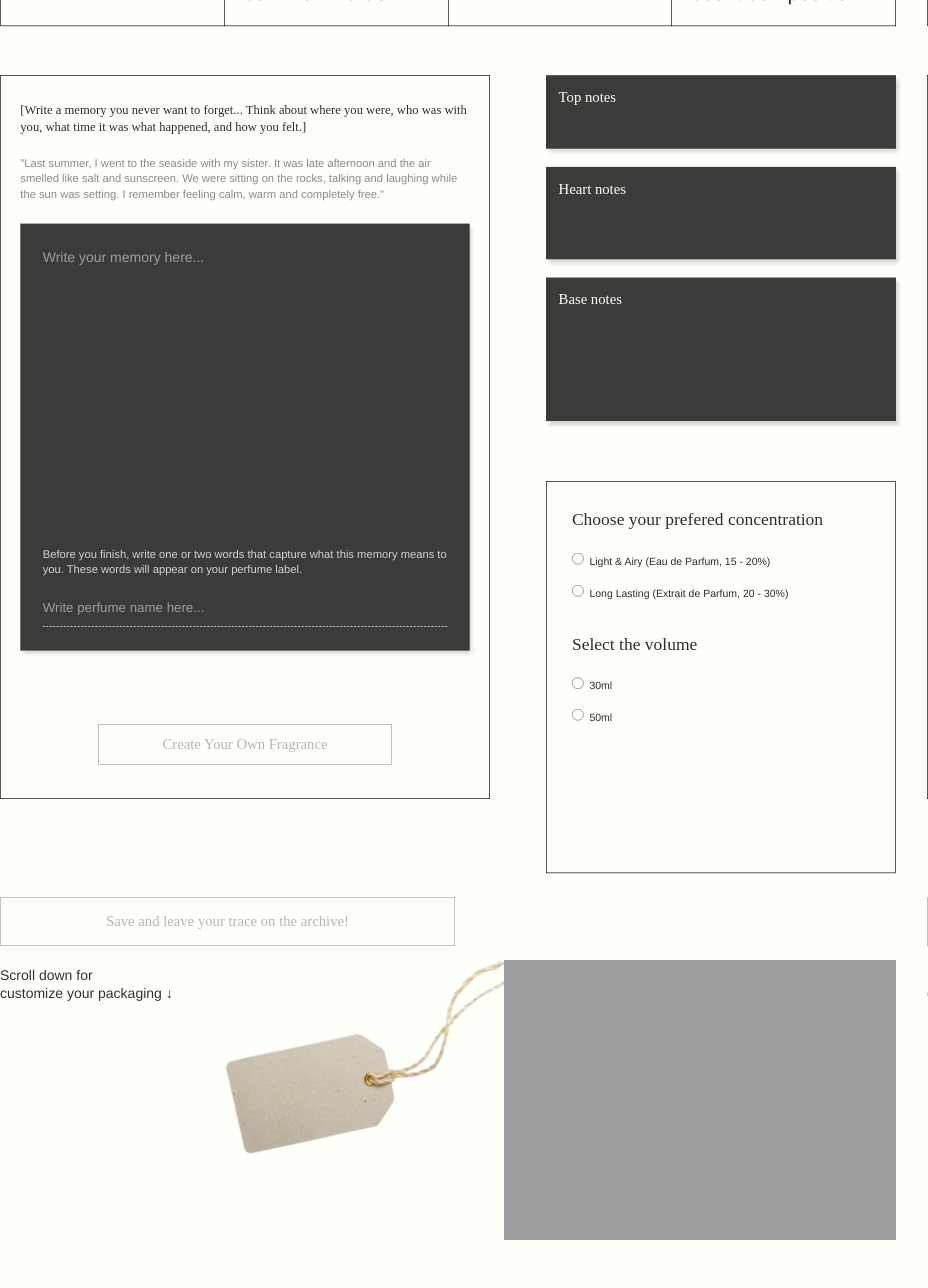
Repository: doagunes/Sillage
Page: /create
These files come from the project's save history. The page is drawn as it stood at one moment and after the next save; the edit follows.
The browser window is 1280 px wide. The page is 1325 px wide, so the pictures cover 1325 px, including what lies to the right of the window. The pictures show the part of the page from y = 719 to 2559 px (the page is 4240 px tall), at 70% of full size.
Pictures or frames that could not be fetched are drawn as grey boxes. Some web fonts or font styles are not loaded; a fallback is used. The project was rebuilt for these pictures with package versions that can differ from the ones it lists, and the page was loaded fresh each time. Also part of the build but not shown: vite.config.js, src/pages/SignUp.css, src/pages/SignUp.jsx, src/pages/Login.css, src/pages/Login.jsx, src/components/DynamicPerfumeBottle.css, src/components/DynamicPerfumeBottle.jsx, src/pages/Account.css and 17 more.

Above is the page before, as saved 2026-06-06 12:42:44.

After the next save:
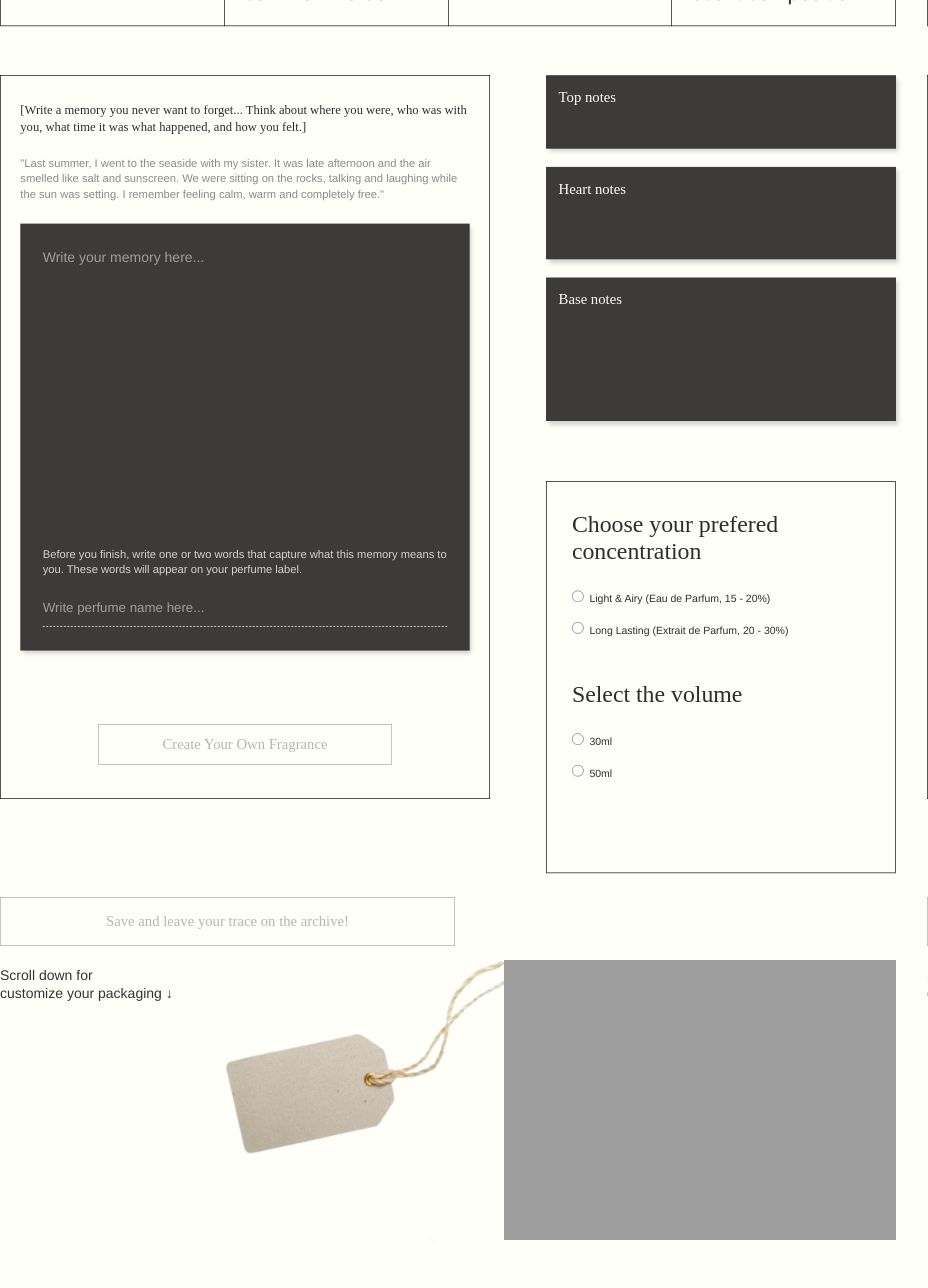
Saved 6 s later.
--- a/src/pages/Create.css
+++ b/src/pages/Create.css
@@ -248,15 +248,18 @@
 }
 
 .options-box h3 {
-  margin: 0 0 32px;
-  font-family: "Richmond Display", serif;
-  font-size: 25px;
+  margin: 0 0 36px;
+
+  font-family: "Richmond Display", serif;
+  font-size: 34px;
+  font-weight: 300;
   line-height: 1.15;
-  font-weight: 300;
+
+  color: #2E2D2D;
 }
 
 .options-box h3:nth-of-type(2) {
-  margin-top: 48px;
+  margin-top: 60px;
 }
 
 .options-box label {
